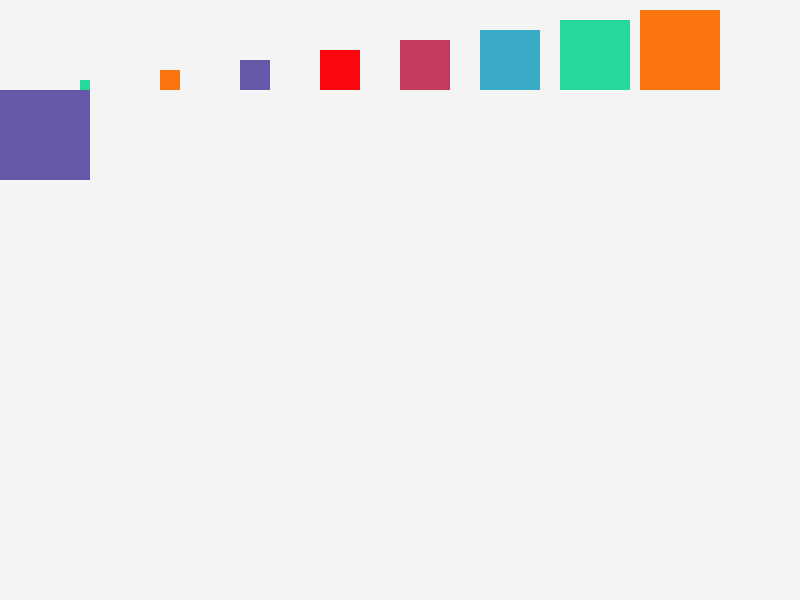
Repository: vitmac1/eclipse-workspace-project
Program's window: java exercicios-javafx/src/layout/AppLayout.java
An editor plug-in stored every save of this project. The program's window is shown before and after the next save, followed by the edit.
It runs on Java 21 on a 1366 x 768 screen with JavaFX 11; the title bar is not drawn. The picture is taken after one second of simulated time with no key pressed.

Above is the program's window before, as saved 2022-10-21 17:52:04.

### exercicios-javafx/src/layout/AppLayout.java
package layout;

import javafx.application.Application;
import javafx.scene.Parent;
import javafx.scene.Scene;
//import javafx.scene.Scene;
//import javafx.scene.layout.VBox;
import javafx.stage.Stage;

public class AppLayout extends Application{

	private Stage Janela;

	@Override
	public void start(Stage primaryStage) throws Exception {
		@SuppressWarnings("unused")
		Parent raiz = null;

		raiz = new TesteBorderPane();
		raiz = new TesteFlowPane();
		raiz = new TesteGridPane();
		raiz = new TesteStackPane();
		raiz = new TesteTilePane();

		Scene principal = new Scene(new TesteTilePane(), 800, 600);

		Janela = primaryStage;
		Janela.setScene(principal);
		Janela.setTitle("Gerenciador de Layout");
		Janela.show();
	}

	public static void main(String[] args) {
		launch(args);
	}
}

### exercicios-javafx/src/layout/TesteTilePane.java
package layout;

import java.util.ArrayList;
import java.util.List;

import javafx.geometry.Pos;
import javafx.scene.layout.TilePane;

public class TesteTilePane extends TilePane{

	public TesteTilePane() {

		List<Quadrado> quadrados = new ArrayList<>();

		for (int i = 1; i < 10; i++) {
			quadrados.add(new Quadrado(i * 10));
		}

		setTileAlignment(Pos.BOTTOM_RIGHT);

		getChildren().addAll(quadrados);
	}
}

### exercicios-javafx/src/layout/TesteBorderPane.java
package layout;

import javafx.scene.layout.BorderPane;

public class TesteBorderPane extends BorderPane{

	public TesteBorderPane() {

		Caixa c1 = new Caixa().comTexto("Topo");
		setTop(c1);

		Caixa c2 = new Caixa().comTexto("Esquerda");
		setLeft(c2);

		Caixa c3 = new Caixa().comTexto("Direita");
		setRight(c3);

		Caixa c4 = new Caixa().comTexto("Fundo");
		setBottom(c4);

		Caixa c5 = new Caixa().comTexto("Area Central");
		setCenter(c5);
	}
}

### exercicios-javafx/src/layout/Caixa.java
package layout;

import javafx.geometry.Pos;
import javafx.scene.control.Label;
import javafx.scene.layout.Background;
import javafx.scene.layout.BackgroundFill;
import javafx.scene.layout.CornerRadii;
import javafx.scene.layout.HBox;
import javafx.scene.paint.Color;
import javafx.scene.text.Font;

public class Caixa extends HBox{

	private static int i = 0;

	private String[] cores =
	{
		"#c33c5e", "#39aac6", "#28d79a",
		"#fb750e", "#6657a8", "#f9060e"
	};

	public Caixa() {
		this(100, 100);
	}

	public Caixa(int largura, int altura) {
		setAlignment(Pos.CENTER);

		setMinWidth(largura);
		setMinHeight(altura);

		BackgroundFill fill = new BackgroundFill(
				Color.web(cores[i]), CornerRadii.EMPTY, javafx.geometry.Insets.EMPTY);
		setBackground(new Background(fill));

		i++;
		if (i == 6)i = 0;

	}

	public Caixa comTexto(String texto) {
		Label label = new Label(texto);
		label.setFont(new Font(24));
		getChildren().add(label);
		return this;
	}
}

### exercicios-javafx/src/layout/TesteFlowPane.java
package layout;

import javafx.geometry.Insets;
import javafx.geometry.Orientation;
import javafx.geometry.Pos;
import javafx.scene.layout.FlowPane;

public class TesteFlowPane extends FlowPane{

	public TesteFlowPane() {
		Quadrado q1 = new Quadrado();
		Quadrado q2 = new Quadrado();
		Quadrado q3 = new Quadrado();
		Quadrado q4 = new Quadrado();
		Quadrado q5 = new Quadrado();

		setHgap(10);
		setVgap(10);
		setPadding(new Insets(10));

		setOrientation(Orientation.VERTICAL);
		setAlignment(Pos.CENTER_RIGHT);

		getChildren().addAll(q1, q2, q3, q4, q5);
	}
}

### exercicios-javafx/src/layout/Quadrado.java
package layout;

import javafx.scene.paint.Color;
import javafx.scene.shape.Rectangle;

public class Quadrado extends Rectangle{
	private static int i = 0;

	private String[] cores =
	{
		"#c33c5e", "#39aac6", "#28d79a",
		"#fb750e", "#6657a8", "#f9060e"
	};

	public Quadrado() {
		this(100);
	}

	public Quadrado(int tamanho) {

		setWidth(tamanho);
		setHeight(tamanho);

		setFill(Color.web(cores[i]));

		i++;
		if (i == 6)i = 0;
	}


}

### exercicios-javafx/src/layout/TesteGridPane.java
package layout;

import javafx.scene.layout.ColumnConstraints;
import javafx.scene.layout.GridPane;
import javafx.scene.layout.RowConstraints;

public class TesteGridPane extends GridPane{

	public TesteGridPane() {

		Caixa c1 = new Caixa().comTexto("1");
		Caixa c2 = new Caixa().comTexto("2");
		Caixa c3 = new Caixa().comTexto("3");
		Caixa c4 = new Caixa().comTexto("4");
		Caixa c5 = new Caixa().comTexto("5");
		Caixa c6 = new Caixa().comTexto("6");

		setGridLinesVisible(true);

		getColumnConstraints().addAll(cc(), cc(), fcc(), cc(), cc());
		getRowConstraints().addAll(rc(), rc(), frc(), rc(), rc());

		setVgap(10);
		setHgap(10);

		add(c1, 0, 0, 2, 2);
		add(c2, 1, 1, 2, 2);
		add(c3, 4, 2, 1, 3);
		add(c4, 3, 1);
		add(c5, 0, 4, 2, 1);
		add(c6, 3, 3);
	}

	private ColumnConstraints cc() {
		ColumnConstraints cc = new ColumnConstraints();
		cc.setPercentWidth(20);
		cc.setFillWidth(true);
		return cc;
	}

	private ColumnConstraints fcc() {
		ColumnConstraints cc = new ColumnConstraints();
		cc.setMinWidth(200);
		cc.setMaxWidth(200);
		cc.setFillWidth(true);
		return cc;
	}

	private RowConstraints rc() {
		RowConstraints rc = new RowConstraints();
		rc.setPercentHeight(20);
		rc.setFillHeight(true);
		return rc;
	}

	private RowConstraints frc() {
		RowConstraints rc = new RowConstraints();
		rc.setMinHeight(20);
		rc.setMaxHeight(20);
		rc.setFillHeight(true);
		return rc;
	}

}

### exercicios-javafx/src/layout/TesteStackPane.java
package layout;

import javafx.application.Platform;
import javafx.scene.layout.StackPane;

public class TesteStackPane extends StackPane{

	public TesteStackPane() {

		Caixa c1 = new Caixa().comTexto("1");
		Caixa c2 = new Caixa().comTexto("2");
		Caixa c3 = new Caixa().comTexto("3");
		Caixa c4 = new Caixa().comTexto("4");
		Caixa c5 = new Caixa().comTexto("5");
		Caixa c6 = new Caixa().comTexto("6");

		getChildren().addAll(c1, c2, c3, c4, c5, c6);

		setOnMouseClicked(e -> {
			if (e.getSceneX() > getScene().getWidth() / 2) {
				getChildren().get(0).toFront();
			}else {
				getChildren().get(5).toBack();
			}
		});

		Thread t = new Thread(() -> {
			while(true) {
				try {
					Thread.sleep(3000);
					Platform.runLater(() -> {
						getChildren().get(0).toFront();
					});
				} catch (Exception e) {
				}
			}
		});

		t.setDaemon(true);
		t.start();



	}
}

After the next save:
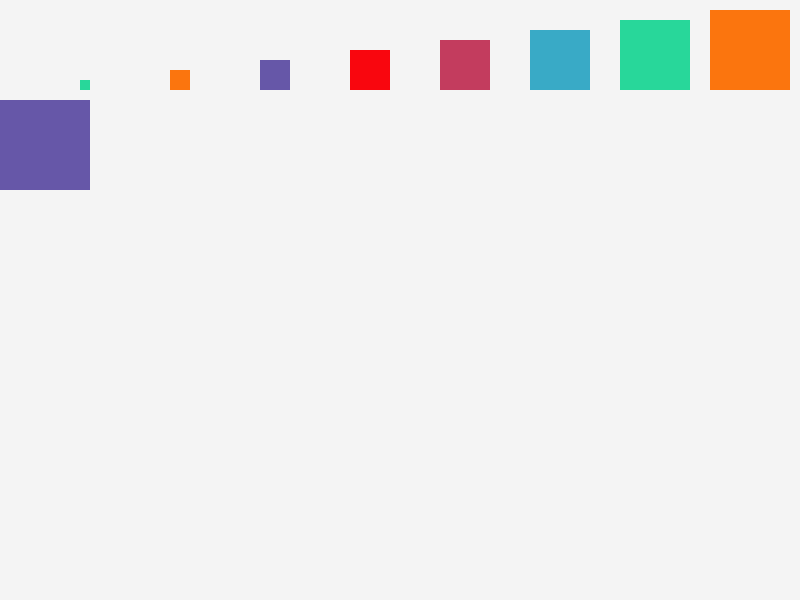
Saved 73 s later.
--- a/exercicios-javafx/src/layout/TesteTilePane.java
+++ b/exercicios-javafx/src/layout/TesteTilePane.java
@@ -16,6 +16,8 @@
 			quadrados.add(new Quadrado(i * 10));
 		}
 
+		setVgap(10);
+		setHgap(10);
 		setTileAlignment(Pos.BOTTOM_RIGHT);
 
 		getChildren().addAll(quadrados);
